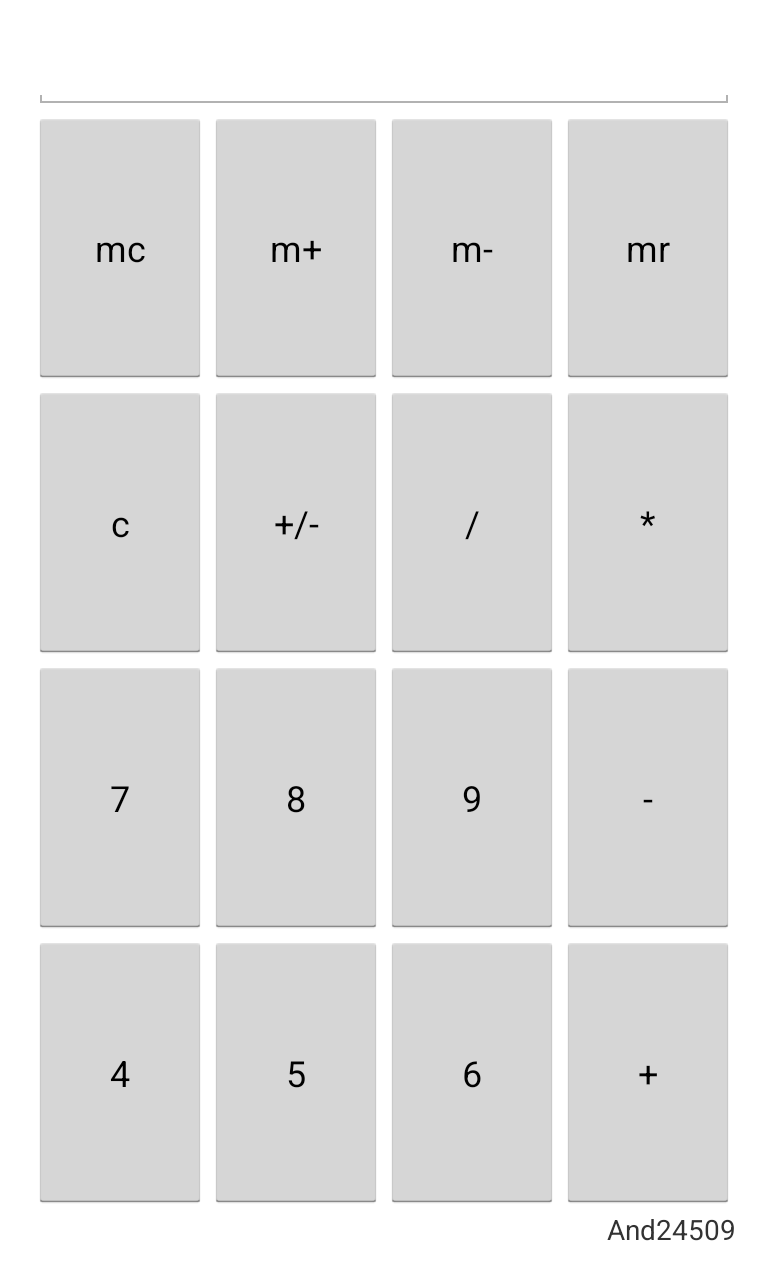
Repository: ericluo1123/myAndroidCode
Layout: myHomeWork/res/layout/activity_main.xml
An editor plug-in stored every save of this project. The layout is shown before and after the next save, followed by the edit.
It is drawn on a 768 x 1280 px phone screen (xhdpi) without system bars, with theme AppTheme; the app's code is not run.

Above is the layout before, as saved 2014-09-30 12:51:56.

After the next save:
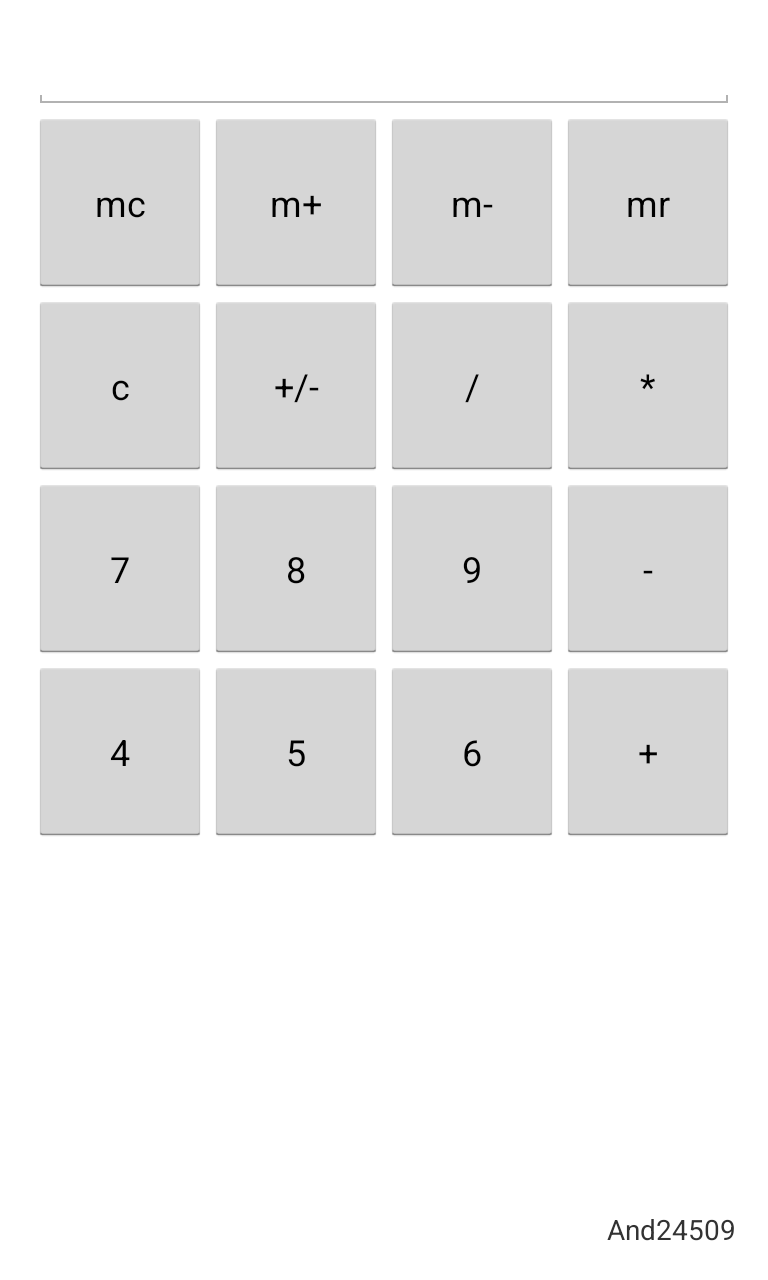
Saved 19 s later.
--- a/myHomeWork/res/layout/activity_main.xml
+++ b/myHomeWork/res/layout/activity_main.xml
@@ -175,6 +175,16 @@
 
         </LinearLayout>
 
+        <LinearLayout
+            android:layout_width="match_parent"
+            android:layout_height="wrap_content"
+            android:layout_gravity="right"
+            android:layout_marginLeft="22dp"
+            android:layout_weight="2"
+            android:orientation="vertical" >
+
+        </LinearLayout>
+
     </LinearLayout>
 
 </RelativeLayout>
